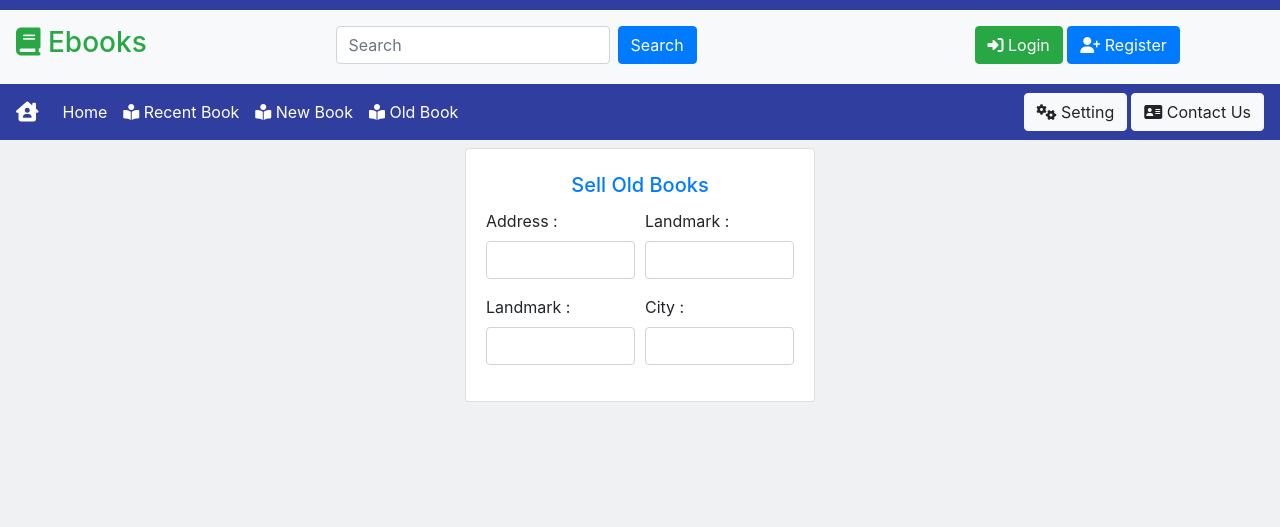
Repository: chittaranjan24/E-Books_Management_System
Page: http://localhost/Ebook-App/user_address.jsp
The author's editor kept a copy of each file at every save. The page is drawn from the files as they stood at one save, then again after the next save.
The browser window is 1280 px wide. The pictures show the whole page.
Some web libraries are served in a nearby version. The page is served by Tomcat 9.

Above is the page before, as saved 2023-08-31 10:59:02.

After the next save:
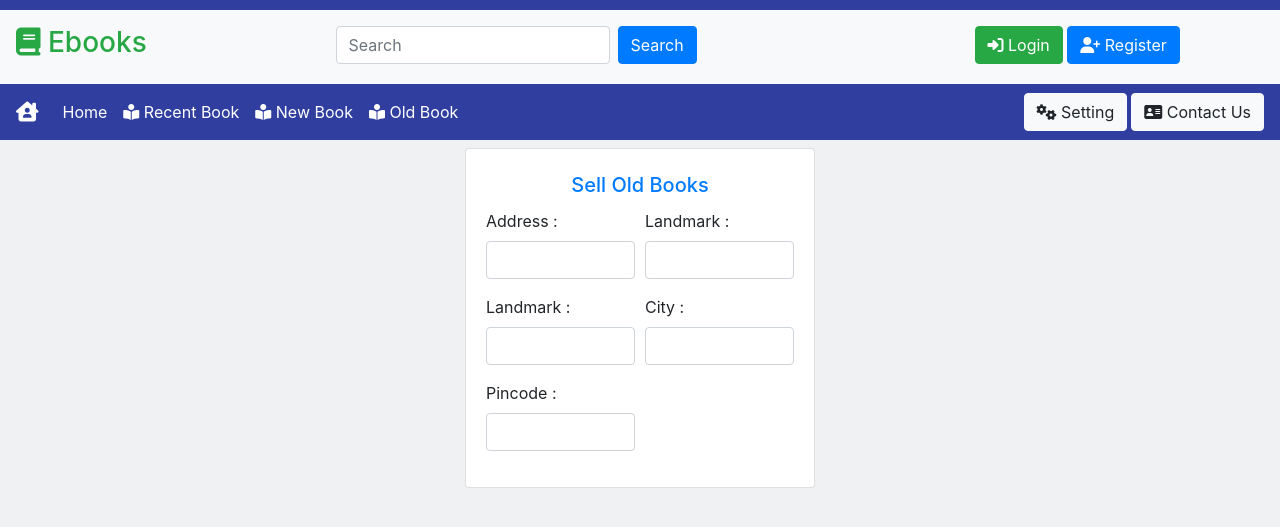
Saved 41 s later.
--- a/Ebook-App/src/main/webapp/user_address.jsp
+++ b/Ebook-App/src/main/webapp/user_address.jsp
@@ -38,6 +38,10 @@
 									<label for="inputPassword4">City :</label> <input type="text"
 										class="form-control" id="inputPassword4">
 								</div>
+								<div class="form-group col-md-6">
+									<label for="inputPassword4">Pincode :</label> <input
+										type="number" class="form-control" id="inputPassword4">
+								</div>
 							</div>
 						</form>
 					</div>

After the save that followed:
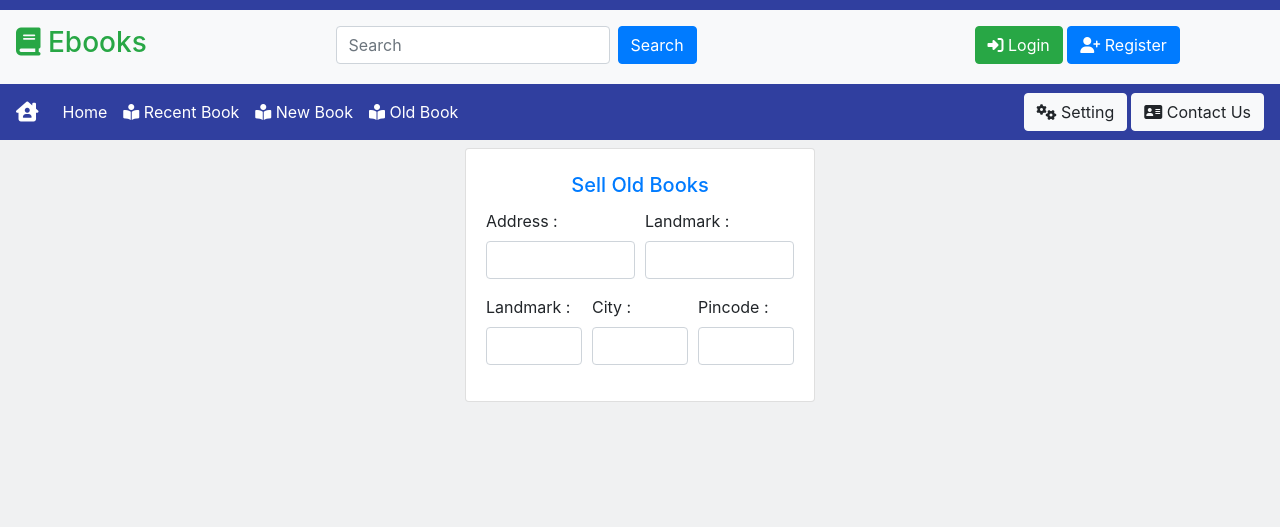
Saved 44 s later.
--- a/Ebook-App/src/main/webapp/user_address.jsp
+++ b/Ebook-App/src/main/webapp/user_address.jsp
@@ -30,15 +30,15 @@
 							</div>
 
 							<div class="form-row">
-								<div class="form-group col-md-6">
+								<div class="form-group col-md-4">
 									<label for="inputEmail4">Landmark :</label> <input type="text"
 										class="form-control" id="inputEmail4">
 								</div>
-								<div class="form-group col-md-6">
+								<div class="form-group col-md-4">
 									<label for="inputPassword4">City :</label> <input type="text"
 										class="form-control" id="inputPassword4">
 								</div>
-								<div class="form-group col-md-6">
+								<div class="form-group col-md-4">
 									<label for="inputPassword4">Pincode :</label> <input
 										type="number" class="form-control" id="inputPassword4">
 								</div>
